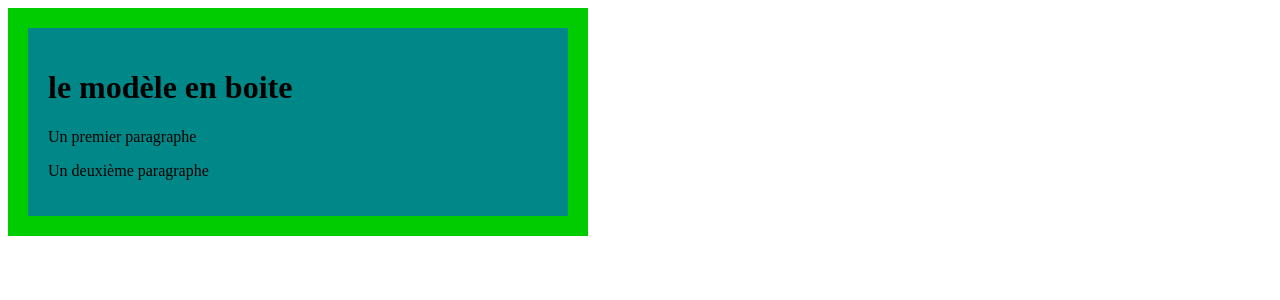
Repository: serviceshuios/-git-reference-java-lyon-worspace
Page: workspaceWeb/MaPremierePage/WebContent/modeleEnBoite.html
The author's editor kept a copy of each file at every save. The page is drawn from the files as they stood at one save, then again after the next save.
The browser window is 1280 px wide. The pictures show the whole page.

Above is the page before, as saved 2017-04-04 08:03:38.

After the next save:
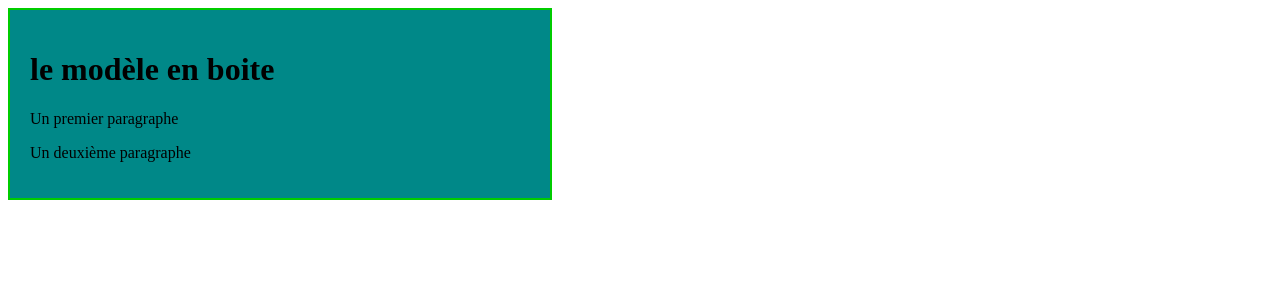
Saved 22 s later.
--- a/workspaceWeb/MaPremierePage/WebContent/css/style10.css
+++ b/workspaceWeb/MaPremierePage/WebContent/css/style10.css
@@ -2,5 +2,5 @@
 	background-color: #088;
 	width:500px;
 	padding:20px;
-	border:20px solid #0C0;
+	border:2px solid #0C0;
 }

After the save that followed:
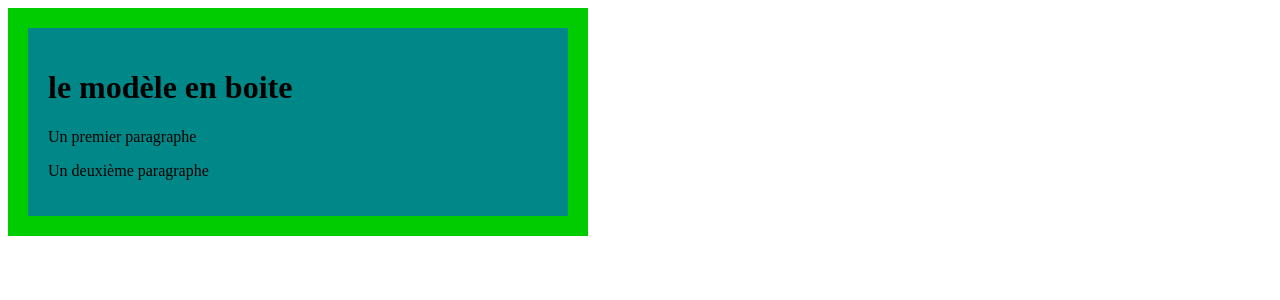
Saved 20 s later.
--- a/workspaceWeb/MaPremierePage/WebContent/css/style10.css
+++ b/workspaceWeb/MaPremierePage/WebContent/css/style10.css
@@ -2,5 +2,5 @@
 	background-color: #088;
 	width:500px;
 	padding:20px;
-	border:2px solid #0C0;
+	border:20px solid #0C0;
 }
